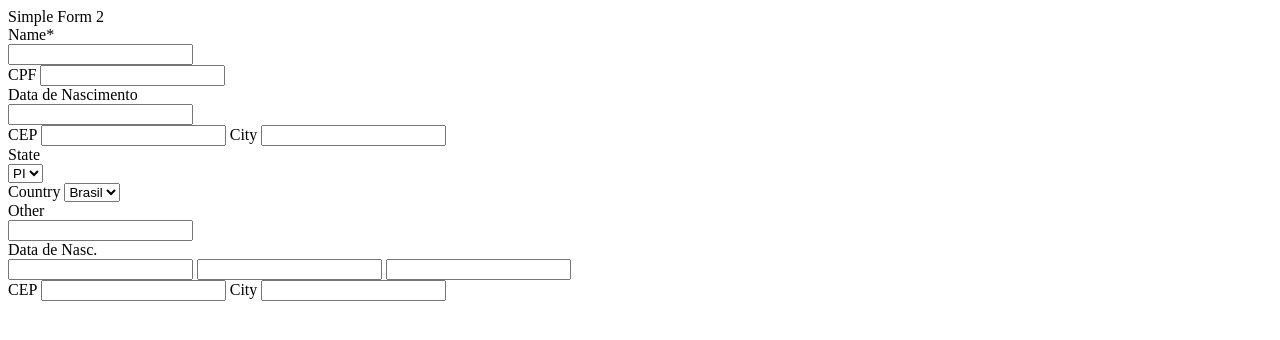
Repository: eudesf/MySpaceShip
Page: MySpaceShip/WebContent/articles/simpleform2.html
An editor plug-in stored every save of this project. The page is shown before and after the next save, followed by the edit.
The browser window is 1280 px wide. The pictures show the whole page.

Above is the page before, as saved 2012-03-22 18:38:05.

### MySpaceShip/WebContent/articles/simpleform2.html
<article>
	<header>Simple Form 2</header>

	<form class="labelw20p">

		<label for="name">Name*</label>
		<div class="w30p">
			<input id="name" class="w100p" type="text" />
		</div>
		<div class="w50p">
			<label for="address">CPF</label>
			<input id="address" type="text"/>
		</div>


		<label for="birthdate">Data de Nascimento</label>
		<div class="w30p">
			<input id="birthdate" type="text" class="w100p"/>
		</div>
		<div class="w50p">
			<label for="cep" class="w30p">CEP</label>
			<input id="cep" type="text" class="w20p"/>
			<label for="city" class="w15p">City</label>
			<input id="city" type="text" class="w35p"/>
		</div>


		<label for="state">State</label>
		<div class="w30p">
			<select id="state" class="w100p">
				<option value="PI">PI</option>
			</select>
		</div>
		<div class="w50p">
			<label for="country">Country</label>
			<select id="country">
				<option value="BRA">Brasil</option>
			</select>
		</div>


		<label for="others">Other</label>
		<div class="w80p">
			<input id="others" type="text" class="w100p" />
		</div>


		<label for="birthdate">Data de Nasc.</label>
		<div class="w30p">


			<input id="day" type="text" class="w20p"/>
			<input id="month" type="text" class="w50p"/>
			<input id="year" type="text" class="w30p"/>


		</div>
		<div class="w50p">
			<label for="cep" class="w30p">CEP</label>
			<input id="cep" type="text" class="w20p"/>
			<label for="city" class="w15p">City</label>
			<input id="city" type="text" class="w35p"/>
		</div>

	</form>
</article>

After the next save:
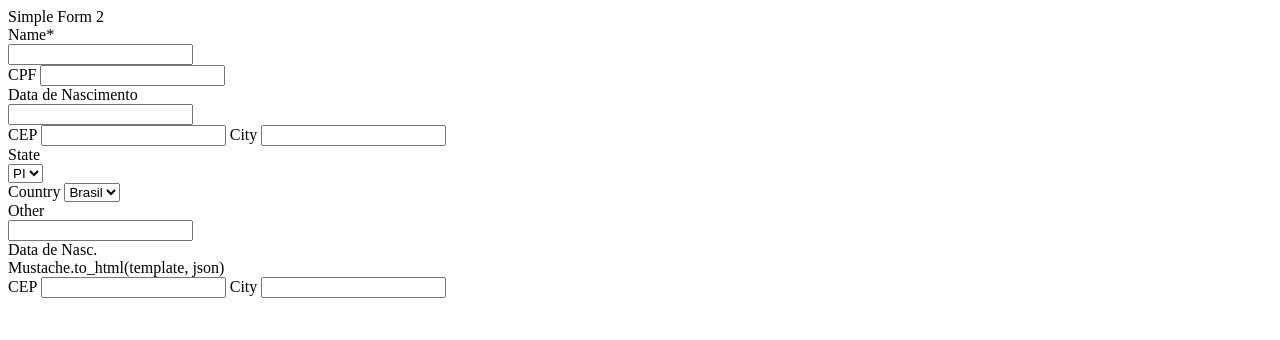
Saved 22 min 46 s later.
--- a/MySpaceShip/WebContent/articles/simpleform2.html
+++ b/MySpaceShip/WebContent/articles/simpleform2.html
@@ -4,6 +4,7 @@
 	<form class="labelw20p">
 
 		<label for="name">Name*</label>
+
 		<div class="w30p">
 			<input id="name" class="w100p" type="text" />
 		</div>
@@ -49,9 +50,7 @@
 		<div class="w30p">
 
 
-			<input id="day" type="text" class="w20p"/>
-			<input id="month" type="text" class="w50p"/>
-			<input id="year" type="text" class="w30p"/>
+			Mustache.to_html(template, json)
 
 
 		</div>
